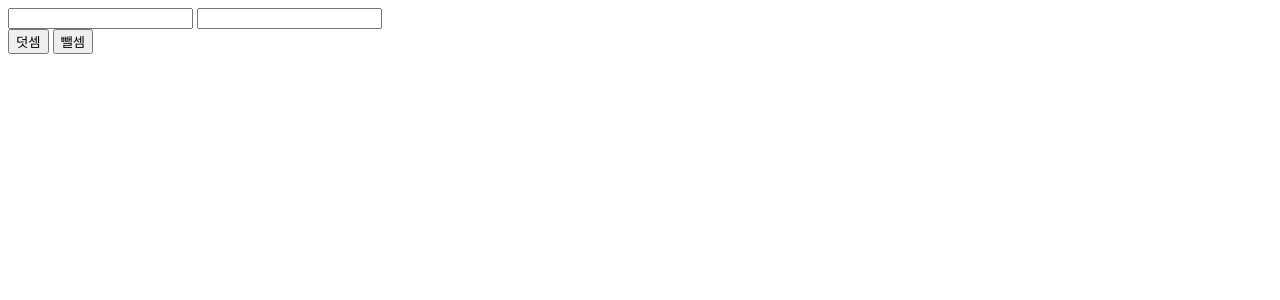
Repository: Doyoung-Park/JSP_Servlet
Page: workspace/JSPPrj/src/main/webapp/add2.html
These files come from the project's save history. The page is drawn as it stood at one moment and after the next save; the edit follows.
The browser window is 1280 px wide. The pictures show the whole page.

Above is the page before, as saved 2022-01-13 02:52:27.

### workspace/JSPPrj/src/main/webapp/add2.html
<!DOCTYPE html>
<html>
<head>
<meta charset="UTF-8">
<title>Insert title here</title>
</head>
<body>
	<div>
		<form action="calc" method="post">

		 	<div>
		 		<input type="text" name="X"/>	<!--  name tag를 단 input msg -->
		 		<input type="text" name="Y"/>
		 		<div>
		 			<input type="submit" name="operator" value="덧셈"/>
		 			<input type="submit" name="operator" value="뺄셈"/>
		 		</div>
		 	</div>


		 </form>
	</div>

</body>
</html>

After the next save:
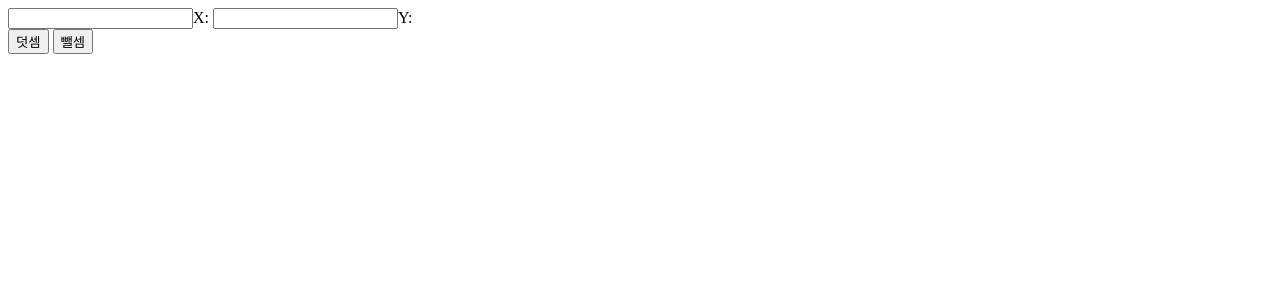
Saved 53 s later.
--- a/workspace/JSPPrj/src/main/webapp/add2.html
+++ b/workspace/JSPPrj/src/main/webapp/add2.html
@@ -9,8 +9,8 @@
 		<form action="calc" method="post">
 
 		 	<div>
-		 		<input type="text" name="X"/>	<!--  name tag를 단 input msg -->
-		 		<input type="text" name="Y"/>
+		 		<input type="text" name="X"/>X:	<!--  name tag를 단 input msg -->
+		 		<input type="text" name="Y"/>Y:
 		 		<div>
 		 			<input type="submit" name="operator" value="덧셈"/>
 		 			<input type="submit" name="operator" value="뺄셈"/>
